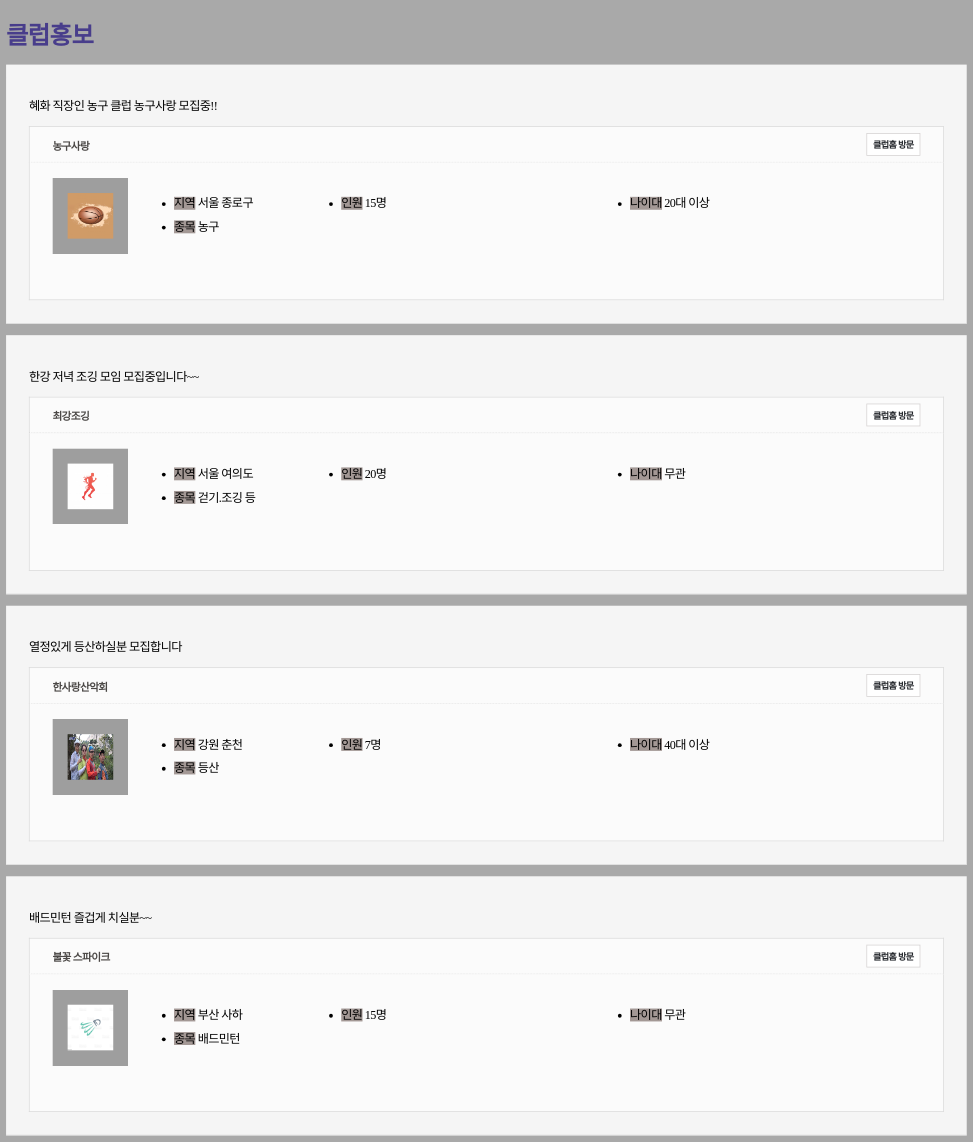
Repository: jaemin333/study
Page: club.html
An editor plug-in stored every save of this project. The page is shown before and after the next save, followed by the edit.
The browser window is 1280 px wide. The pictures show the whole page, at 76% of full size.
Pictures or frames that could not be fetched are drawn as grey boxes.

Above is the page before, as saved 2021-07-03 00:06:47.

### club.html
<!DOCTYPE html>
<html lang="ko">
<head>
    <meta charset="UTF-8">
    <meta http-equiv="X-UA-Compatible" content="IE=edge">
    <meta name="viewport" content="width=device-width, initial-scale=1.0">
    <link rel ="stylesheet" type = "text/css" href = "style.css">
    <title>club</title>
</head>
<body>
    <div id = "body_left">
    <div class="title">
        <h1 class="h1">클럽홍보</h1>
        <span class = "sentence">동네사람들과 같이 운동을 즐겨보세요</span>
    </div>

    <div class ="clanTop">
        <span></span>
    </div>

    <div class = "clubList">
    <div class = "clubBox cbBg">
        <p class = "clubTip">
            <a>혜화 직장인 농구 클럽 농구사랑 모집중!!</a>
        </p>
    <div class ="cbClubName">
        <a>농구사랑</a>
        <a class ="iButton">클럽홈 방문</a>
    </div>

    <div class ="cbInfo">
        <div class="cbMark">
            <span class="clubmark">
                <img src = "bask.png" width="60" height=60">
        </div>
    <ul>
        <li>
            <span class = "info dark">지역</span>
             서울 종로구
        </li>
        <li style = "width:380px;">
            <span class = "info dark">인원</span>
             15명
        </li>
        <li style = "width:380px;">
            <span class = "info dark">나이대</span>
             20대 이상
        </li>
        <li style = "width:380px;">
            <span class = "info dark">종목</span>
             농구
        </li>
    </ul>
    </div>
    </div>
    </div>

    <div class = "clubList">
        <div class = "clubBox cbBg">
            <p class = "clubTip">
                <a>한강 저녁 조깅 모임 모집중입니다~~</a>
            </p>
        <div class ="cbClubName">
            <a>최강조깅</a>
            <a class ="iButton">클럽홈 방문</a>
        </div>

        <div class ="cbInfo">
            <div class="cbMark">
                <span class="clubmark">
                    <img src = "run.jpg" width="60" height="60">
            </div>
        <ul>
            <li>
                <span class = "info dark">지역</span>
                 서울 여의도
            </li>
            <li style = "width:380px;">
                <span class = "info dark">인원</span>
                 20명
            </li>
            <li style = "width:380px;">
                <span class = "info dark">나이대</span>
                 무관
            </li>
            <li style = "width:380px;">
                <span class = "info dark">종목</span>
                 걷기.조깅 등
            </li>
        </ul>
        </div>
        </div>
        </div>

        <div class = "clubList">
            <div class = "clubBox cbBg">
                <p class = "clubTip">
                    <a>열정있게 등산하실분 모집합니다</a>
                </p>
            <div class ="cbClubName">
                <a>한사랑산악회</a>
                <a class ="iButton">클럽홈 방문</a>
            </div>

            <div class ="cbInfo">
                <div class="cbMark">
                    <span class="clubmark">
                        <img src = "hike.png" width="60" height="60">
                </div>
            <ul>
                <li>
                    <span class = "info dark">지역</span>
                     강원 춘천
                </li>
                <li style = "width:380px;">
                    <span class = "info dark">인원</span>
                     7명
                </li>
                <li style = "width:380px;">
                    <span class = "info dark">나이대</span>
                     40대 이상
                </li>
                <li style = "width:380px;">
                    <span class = "info dark">종목</span>
                     등산
                </li>
            </ul>
            </div>
            </div>
            </div>


            <div class = "clubList">
                <div class = "clubBox cbBg">
                    <p class = "clubTip">
                        <a>배드민턴 즐겁게 치실분~~</a>
                    </p>
                <div class ="cbClubName">
                    <a>불꽃 스파이크</a>
                    <a class ="iButton">클럽홈 방문</a>
                </div>

                <div class ="cbInfo">
                    <div class="cbMark">
                        <span class="clubmark">
                            <img src = "badminton.jpg" width="60" height="60">
                    </div>
                <ul>
                    <li>
                        <span class = "info dark">지역</span>
                         부산 사하
                    </li>
                    <li style = "width:380px;">
                        <span class = "info dark">인원</span>
                         15명
                    </li>
                    <li style = "width:380px;">
                        <span class = "info dark">나이대</span>
                         무관
                    </li>
                    <li style = "width:380px;">
                        <span class = "info dark">종목</span>
                         배드민턴
                    </li>
                </ul>
                </div>
                </div>
                </div>

    </div>






</body>
</html>

### style.css
div {
    display:block;
}



body {
    background-color: darkgray;
    word-break: break-all;
    -ms-word-break: break-all;
    letter-spacing: -0.050em;
}


.clubBox{
    position: relative;
    padding: 25px 30px 30px 30px;
    border-bottom: 1px solid #dddddd;
}


ul{
    display: block;
    margin-block-start: 1em;
    margin-block-end: 1em;
    margin-inline-start: 0px;
    margin-inline-end: 0px;
    padding-inline-start: 40px;
}

.clubBox li .info.dark{
    background-color: #a39895;
}

.iButton {
    display: inline-block;
    height: 18px;
    padding: 5px 8px;
    font-size: 12px;
    font-weight: bold;
    color: #24272c;
    text-align: center;
    background-color: white;
    border: 1px solid #d4d1d1;
}

.clubBox .iButton {
    position: absolute;
    top: 8px;
    right: 30px;
}

li {
    display: list-item;
    text-align: -webkit-match-parent;
}

.clubBox .cbInfo li {
    float: left;
    width: 220px;
    margin: 4px 0 3px 0;
    font-size: 16px;
    color: black;
}

.cbClubName {
    padding-bottom: 10px;
}

.clubBox .cbInfo {
    position: relative;
    padding: 20px;
    padding-left: 150px;
    border: 1px solid #dadada;
    border-top: 0;
    background-color: #fbfbfb;
    height:140px;
}

.clubBox .clubTit {
    margin-bottom: 15px;
    font-size: 16px;
    font-weight: bold;
    color: black;
}

p {
    display: block;
    margin-block-start: 1em;
    margin-block-end: 1em;
    margin-inline-start: 0px;
    margin-inline-end: 0px;
}

.clubBox .cbClubName {
    position: relative;
    padding: 14px 30px 12px 30px;
    font-size: 14px;
    font-weight: bold;
    color: #4b4846;
    border: 1px solid #dadada;
    border-bottom: 1px dotted #dddddd;
    background-color: #fbfbfb;
}

.clubBox .cbMark {
    position: absolute;
    top: 20px;
    left: 30px;
    background: url(https://img.sa.nexon.com/assets/clan/clamark_bg.jpg) no-repeat;
    width: 60px;
    height: 60px;
    padding: 20px 20px;
}

.clubTip a {
    color: black;
    text-decoration: none;
}

.title {
    position: relative;
    height: 39px;
    margin: 0 0 25px 0;
    font-size: 16px;
    color: darkslateblue;
}

.cbBg{
    background-color: #f5f5f5;
    margin-top: 15px;
}


.sentence {
    vertical-align: -4px;
}

/*#body_left {
    position: relative;
    float: left;
    width: 850px;
    margin-bottom: 100px;
    padding: 40px 0 0 0;
}

After the next save:
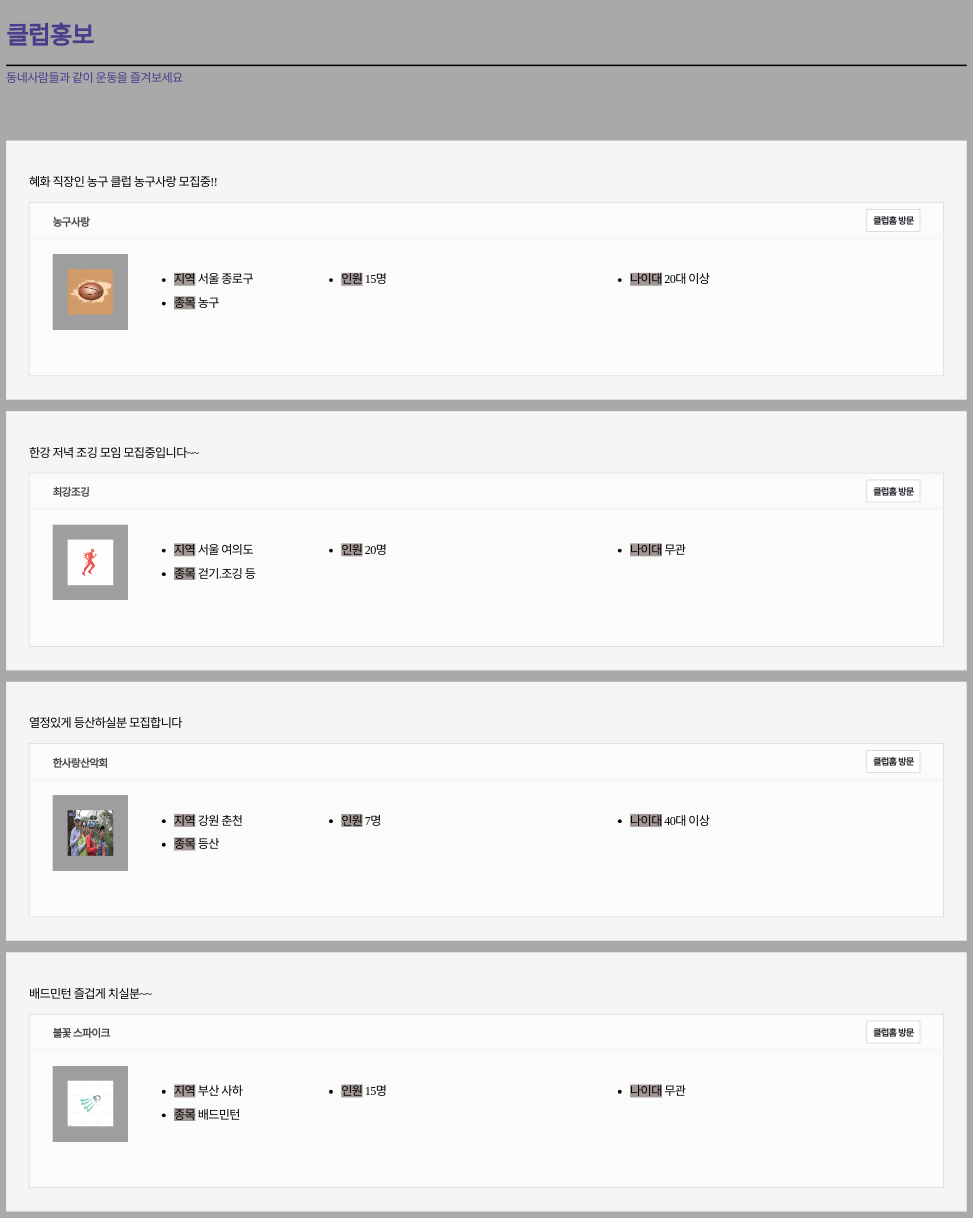
Saved 16 s later.
--- a/style.css
+++ b/style.css
@@ -136,6 +136,15 @@ p {
     vertical-align: -4px;
 }
 
+.clanTop {
+    position: relative;
+    height: 38px;
+    padding: 45px 0 0 0;
+    font-size: 13px;
+    color: #999999;
+    border-top: 2px solid black;
+}
+
 /*#body_left {
     position: relative;
     float: left;
